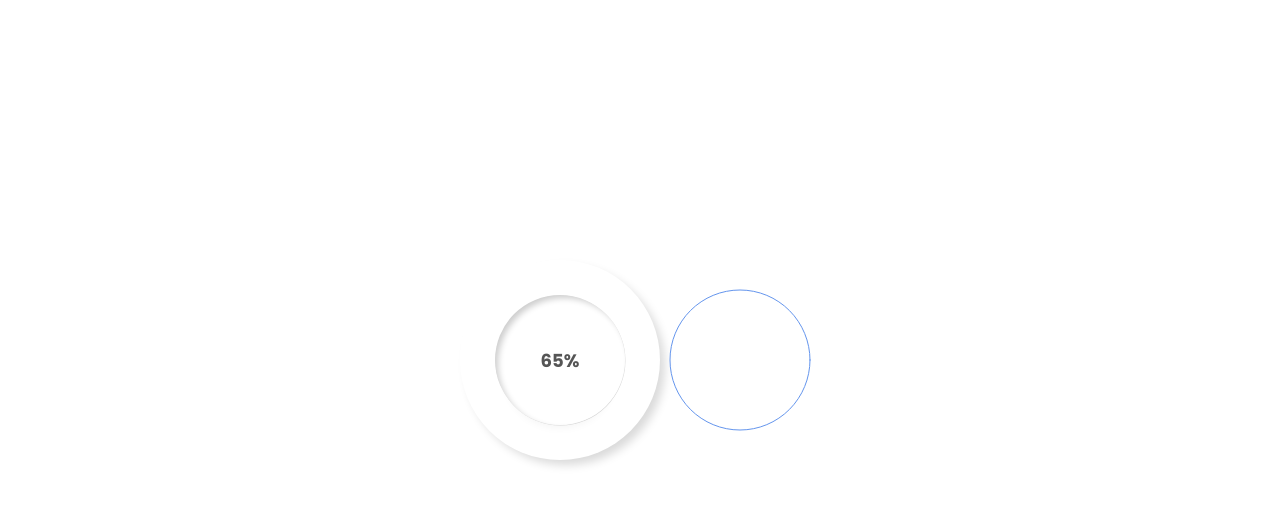
Repository: Ankitkr2021/Loader-Spinner
Page: index.html
These files come from the project's save history. The page is drawn as it stood at one moment and after the next save; the edit follows.
The browser window is 1280 px wide. The pictures show the whole page.

Above is the page before, as saved 2025-10-21 11:53:20.

### index.html
<!DOCTYPE html>
<html lang="en">
<head>
    <meta charset="UTF-8">
    <meta name="viewport" content="width=device-width, initial-scale=1.0">
    <title>Progress bar</title>
    <link rel="stylesheet" href="./style.css">
</head>
<body>
    <div class="circle">
        <div class="innercircle">
            <div id="number">65%</div>
        </div>
    </div>

    <svg xmlns="http://www.w3.org/2000/svg" version="1.1" width="160px" height="160px">
         <defs>
            <linearGradient id="GradientColor">
               <stop offset="0%" stop-color="#e91e63" />
               <stop offset="100%" stop-color="#673ab7" />
            </linearGradient>
         </defs>
         <circle cx="80" cy="80" r="70" stroke-linecap="round" />
 </svg>
</body>
</html>

### style.css
@import url('https://fonts.googleapis.com/css2?family=Poppins:wght@400;700&display=swap');

*{
    margin: 0;
    padding: 0;
    box-sizing: border-box;
    font-family: "Poppins",sans-serif;
}

body {
    display: flex;
    align-items: center;
    justify-content: center;
    height: 100vh;
    width: 100%;
}

.circle{
    width: 200px;
    height: 200px;
    border-radius: 50%;
    padding: 35px;
    box-shadow: 6px 6px 10px -1px rgba(0,0,0,0.15),
                -6px -6px 10px -1px rgba(255,255,255,0.7);
}


.innercircle {
    width: 130px;
    height: 130px;
    border-radius: 50%;
    box-shadow: inset 4px 4px 6px -1px rgba(0,0,0,0.2),
                inset -4px -4px 6px -1px rgba(255,255,255,0.7), -0.5px -0.5px 0px rgba(255,255,255,1),  0.5px 0.5px 0px rgba(0,0,0,0.15), 0px 12px 10px -10px rgba(0,0,0,0.05);
}

#number {
    /* text-align: /center; */
     display: flex;
    align-items: center;
    justify-content: center;
    height: 100%;
    font-size: 18px;
    font-weight: 600;
    color: #555;
}

circle {
    fill: none;
    stroke: cornflowerblue;
    position: relative;
    left: 10px;
    top: 100px;
}

After the next save:
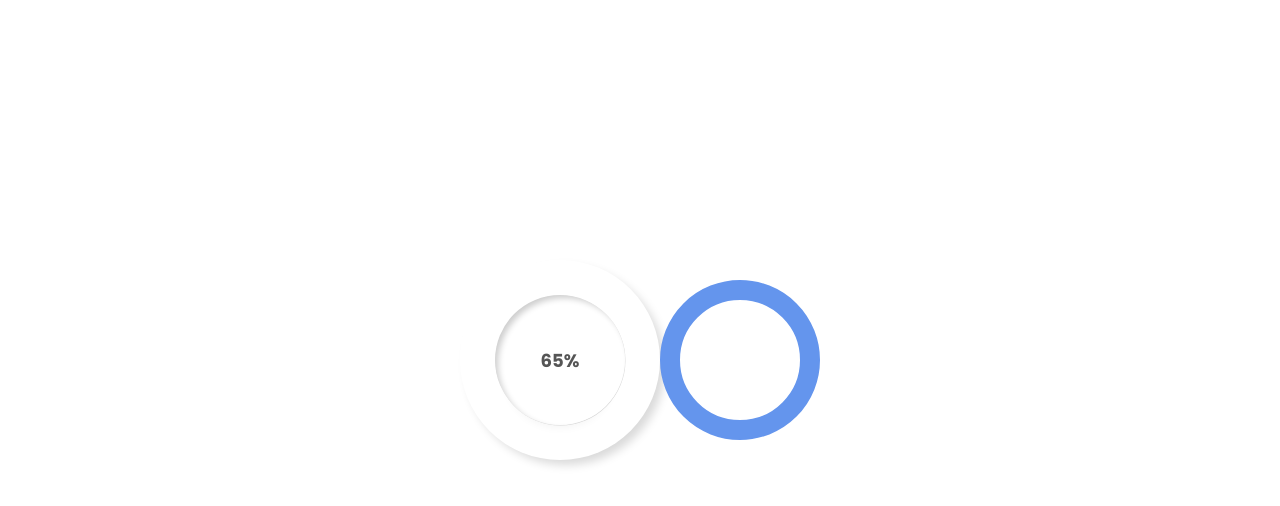
Saved 11 s later.
--- a/style.css
+++ b/style.css
@@ -47,7 +47,5 @@ body {
 circle {
     fill: none;
     stroke: cornflowerblue;
-    position: relative;
-    left: 10px;
-    top: 100px;
+    stroke-width: 20px;
 }
